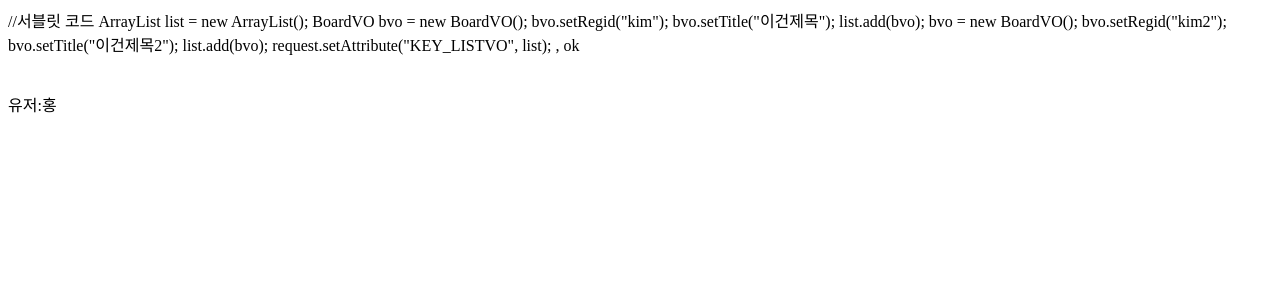
Repository: wonsungjin/Kosta
Page: http://localhost/web_prj/JstlServlet
The author's editor kept a copy of each file at every save. The page is drawn from the files as they stood at one save, then again after a run of saves.
The browser window is 1280 px wide. The pictures show the whole page.
The page is served by Tomcat 9.

Above is the page before, as saved 2024-05-30 04:43:26.

After the next 2 saves:
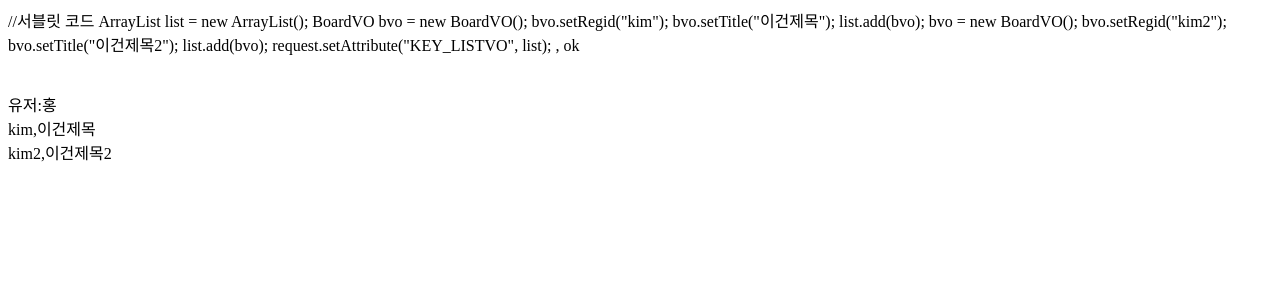
The 2 saves are shown as one change because 1 did not build or start.
The last was saved 8 min 49 s later.
--- a/web_prj/src/main/webapp/lec_jstl.jsp
+++ b/web_prj/src/main/webapp/lec_jstl.jsp
@@ -151,9 +151,8 @@ if (cval.equals("lee") && num==10) {
        </c:otherwise>
    </c:choose>
    <br>
-<c:forEach var="boardVO" items="${list}">
-    <p>RegID: ${board.regid}</p>
-    <p>Title: ${board.title}</p>
+<c:forEach var="v" items="${KEY_LISTVO}" varStatus ="roop">
+    ${v.regid},${v.title}
     <br>
 </c:forEach>
 
